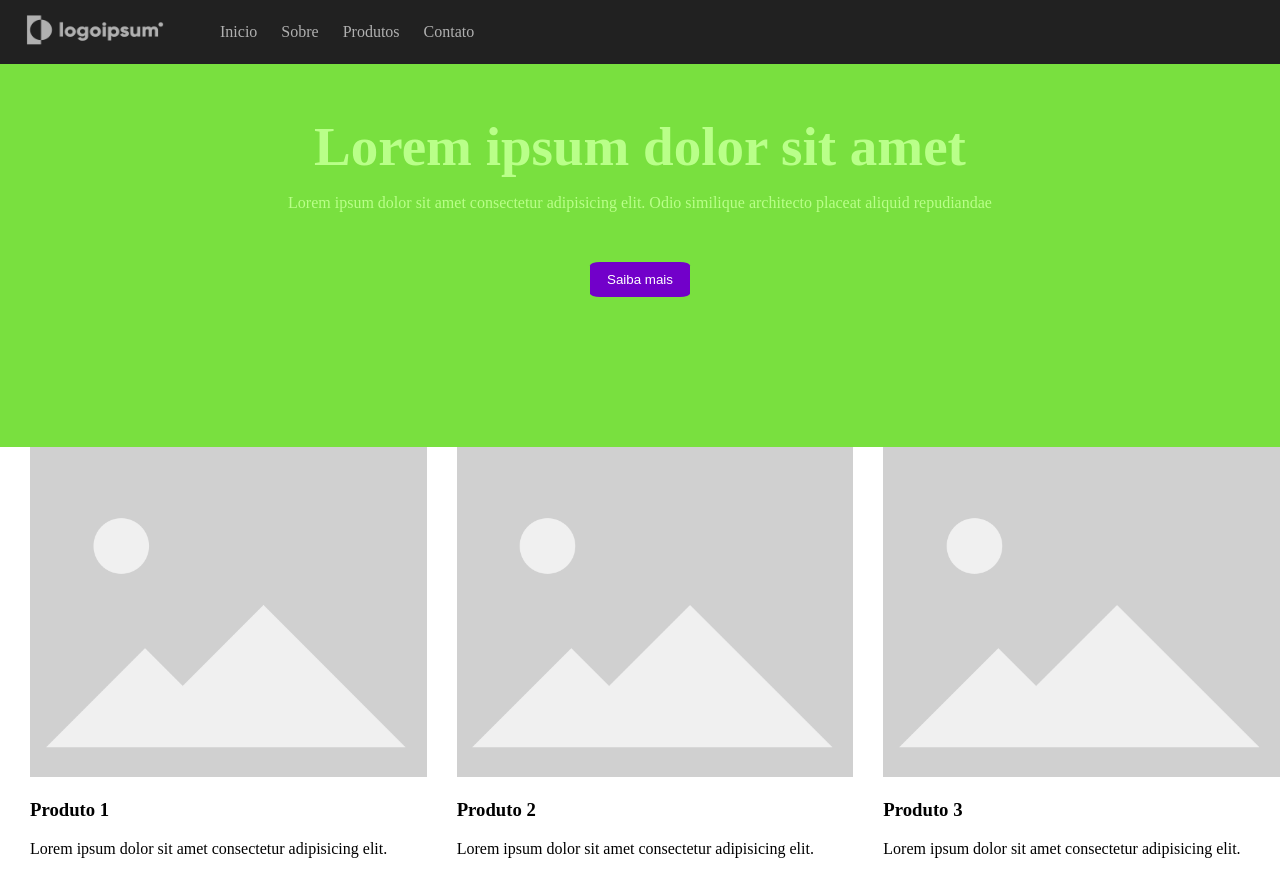
Repository: Carolden/SiteCrie_Ti
Page: index.html
The author's editor kept a copy of each file at every save. The page is drawn from the files as they stood at one save, then again after the next save.
The browser window is 1280 px wide. The pictures show the whole page.

Above is the page before, as saved 2023-04-23 21:05:11.

### index.html
<!DOCTYPE html>
<html lang="pt-BR">
<head>
    <meta charset="UTF-8">
    <meta http-equiv="X-UA-Compatible" content="IE=edge">
    <meta name="viewport" content="width=device-width, initial-scale=1.0">
    <title>Document</title>
    <link rel="stylesheet" type="text/css" href="index.css" media="screen" />
</head>
<body>

    <header>
        <div>
            <img src="images/logo.png" alt="logo" class="logo">
        </div>
        <nav>
            <a href="inicio">Inicio</a>
            <a href="sobre">Sobre</a>
            <a href="produtos">Produtos</a>
            <a href="contato">Contato</a>
        </nav>
    </header>

    <main>

    <section class="banner">
        <h1>Lorem ipsum dolor sit amet</h1>
        <p>Lorem ipsum dolor sit amet consectetur adipisicing elit. Odio similique architecto placeat aliquid repudiandae</p>
        <button>Saiba mais</button>
    </section>

    <section class="produtos">
        <div class="row">
            <div class="column">
                <img src="images/placeholder.png" alt="imagem1">
                <h3>Produto 1</h3>
                <p>Lorem ipsum dolor sit amet consectetur adipisicing elit.</p>
            </div>

            <div class="column">
                <img src="images/placeholder.png" alt="imagem2">
                <h3>Produto 2</h3>
                <p>Lorem ipsum dolor sit amet consectetur adipisicing elit.</p>
            </div>

            <div class="column">
                <img src="images/placeholder.png" alt="imagem3">
                <h3>Produto 3</h3>
                <p>Lorem ipsum dolor sit amet consectetur adipisicing elit.</p>
            </div>
        </div>
    </section>


    </main>





</body>
</html>

### index.css
body {
    border: 0;
    margin: 0;
    padding: 0;
}


header {
    background-color: #212121;
    display: flex;
    align-items: center;
    width: 100%;
    top: 0;
    padding-left: 20px;
    padding-right: 20px;
    box-sizing: border-box;
}

header nav a {
    color: #B0B0B0;
    text-decoration: none;
    padding: 10px;

}

.logo {
    width: 150px;
    height: 60px;
    padding-right: 40px;
}

.banner {
    background-color: rgb(121, 224, 63);
    color: rgb(185, 255, 137);
    text-align: center;
    padding-top: 5px;
    padding-bottom: 150px;

}

button {
    background-color: rgb(114, 0, 202);
    color: #ffffff;
    text-align: center;
    padding: 10px;
    padding-left: 17px;
    padding-right: 17px;
    border-radius: 10%;
    border-style: hidden    ;
}

.banner h1 {
    font-size: 55px;
    margin-bottom: -30px;
}

.banner p {
    padding-bottom: 50px;
    padding-top: 30px;
    margin-bottom: 0px;
}

.produtos {
    display: flex;

}


.row {
    display: flex;
}


.column {
    width: 33%;
    margin-left: 30px;
}


.column img {
    width: 100%;
    height: 330px;
    object-fit: cover;
}

After the next save:
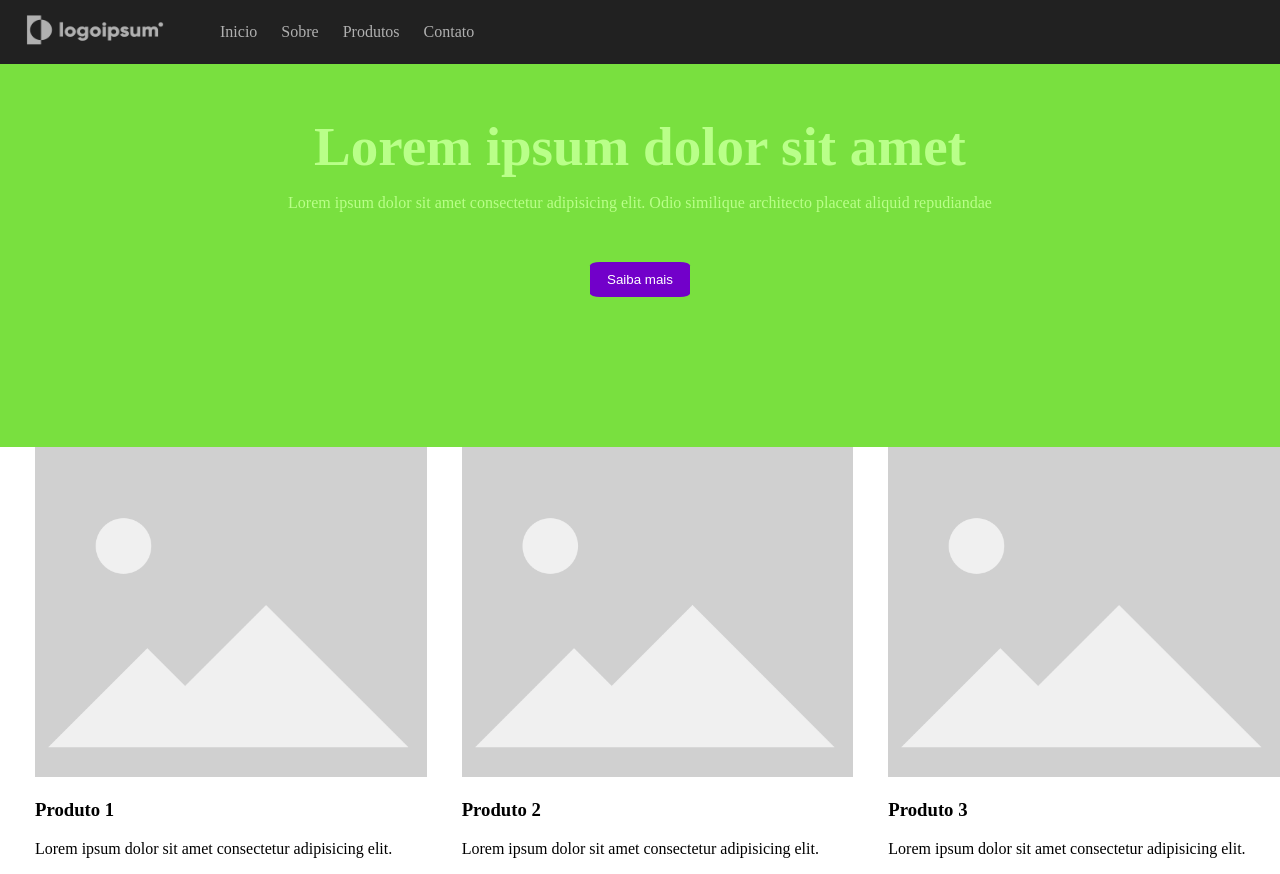
Saved 8 s later.
--- a/index.css
+++ b/index.css
@@ -73,7 +73,7 @@ button {
 
 .column {
     width: 33%;
-    margin-left: 30px;
+    margin-left: 35px;
 }
 
 
